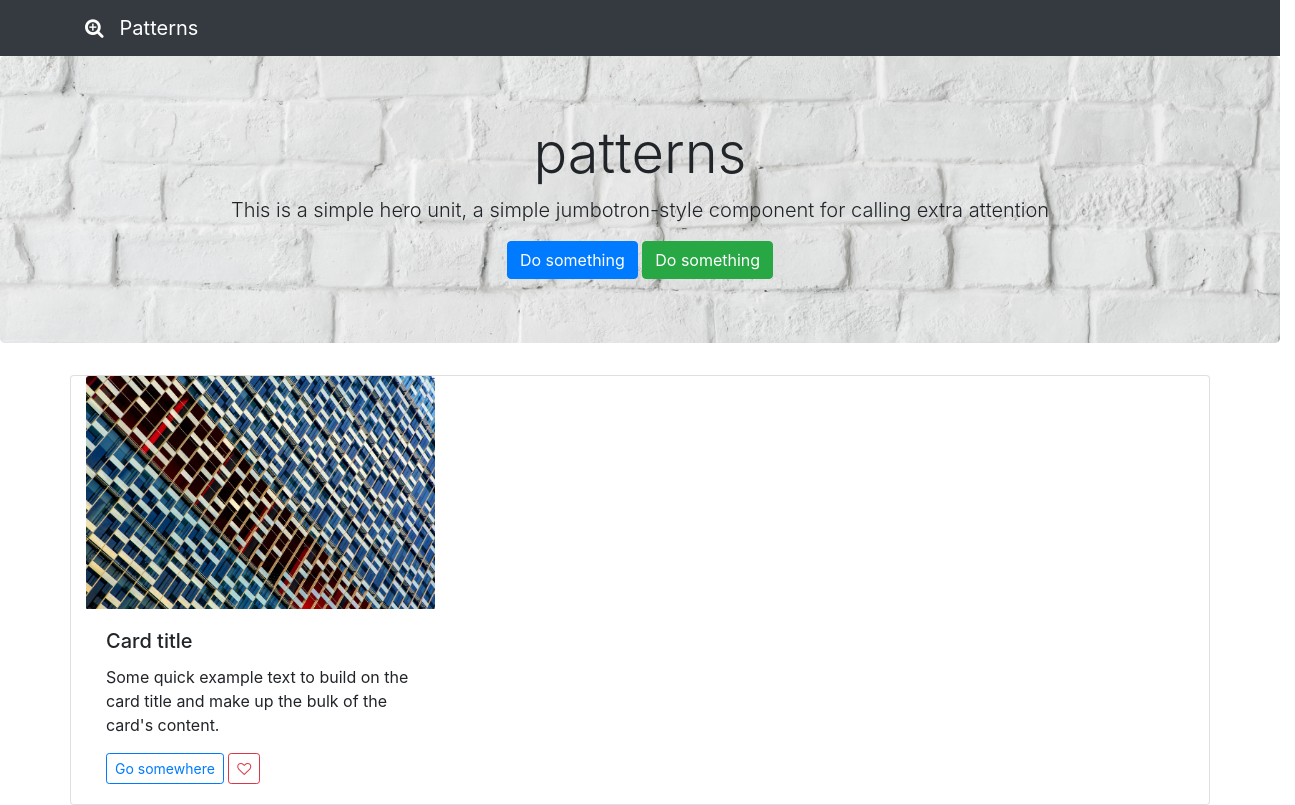
Repository: Mietlicha/patterns
Page: index.html
These files come from the project's save history. The page is drawn as it stood at one moment and after the next save; the edit follows.
The browser window is 1280 px wide. The page is 1280 px wide, then 1295 px, so the pictures cover 1295 px, including what lies to the right of the window. The pictures show the whole page.

Above is the page before, as saved 2019-10-24 11:46:41.

### index.html
<!DOCTYPE html>
<html lang="en">

<head>
    <meta charset="UTF-8">
    <meta name="viewport" content="width=device-width, initial-scale=1.0">
    <meta http-equiv="X-UA-Compatible" content="ie=edge">
    <title>Document</title>
    <link rel="stylesheet" href="style.css">
    <link rel="stylesheet" href="https://stackpath.bootstrapcdn.com/bootstrap/4.3.1/css/bootstrap.min.css"
        integrity="sha384-ggOyR0iXCbMQv3Xipma34MD+dH/1fQ784/j6cY/iJTQUOhcWr7x9JvoRxT2MZw1T" crossorigin="anonymous">
    <link rel="stylesheet" href="https://cdnjs.cloudflare.com/ajax/libs/font-awesome/4.7.0/css/font-awesome.min.css">

</head>

<body>
    <nav class="navbar navbar-dark bg-dark">
        <div class="container"><a class="navbar-brand" href="#"><i class="fa fa-search-plus mr-3"
                    aria-hidden="true"></i>Patterns</a></div>
    </nav>
    <article>
        <section id="header" class="jumbotron">
            <div class="container text-center">
                <h1 class="display-4">patterns</h1>
                <p class="lead">This is a simple hero unit, a simple jumbotron-style component for calling extra
                    attention</p>
                <a href="#" class="btn btn-primary">Do something</a>
                <a href="#" class="btn btn-success">Do something</a>
            </div>
        </section>

        <section class="card container"">
            <div class="row">
                    <div class="col-md-4">
            <img src=" imgs/pattern1.jpeg" class="card-img-top" alt="pattern one">
            <div class="card-body">
                <h5 class="card-title">Card title</h5>
                <p class="card-text">Some quick example text to build on the card title and make up the bulk of the
                    card's content.</p>
                <a href="#" class="btn btn-outline-primary btn-sm">Go somewhere</a>
                <a href="#" class="btn btn-outline-danger btn-sm"><i class="fa fa-heart-o" aria-hidden="true"></i></a>
            </div>
            </div>
            </div>
    </article>


    <script src="https://code.jquery.com/jquery-3.3.1.slim.min.js"
        integrity="sha384-q8i/X+965DzO0rT7abK41JStQIAqVgRVzpbzo5smXKp4YfRvH+8abtTE1Pi6jizo"
        crossorigin="anonymous"></script>
    <script src="https://cdnjs.cloudflare.com/ajax/libs/popper.js/1.14.7/umd/popper.min.js"
        integrity="sha384-UO2eT0CpHqdSJQ6hJty5KVphtPhzWj9WO1clHTMGa3JDZwrnQq4sF86dIHNDz0W1"
        crossorigin="anonymous"></script>
    <script src="https://stackpath.bootstrapcdn.com/bootstrap/4.3.1/js/bootstrap.min.js"
        integrity="sha384-JjSmVgyd0p3pXB1rRibZUAYoIIy6OrQ6VrjIEaFf/nJGzIxFDsf4x0xIM+B07jRM"
        crossorigin="anonymous"></script>
</body>

</html>

### style.css
#header{
    background: url(imgs/header.jpeg) center / cover no-repeat;
}

After the next save:
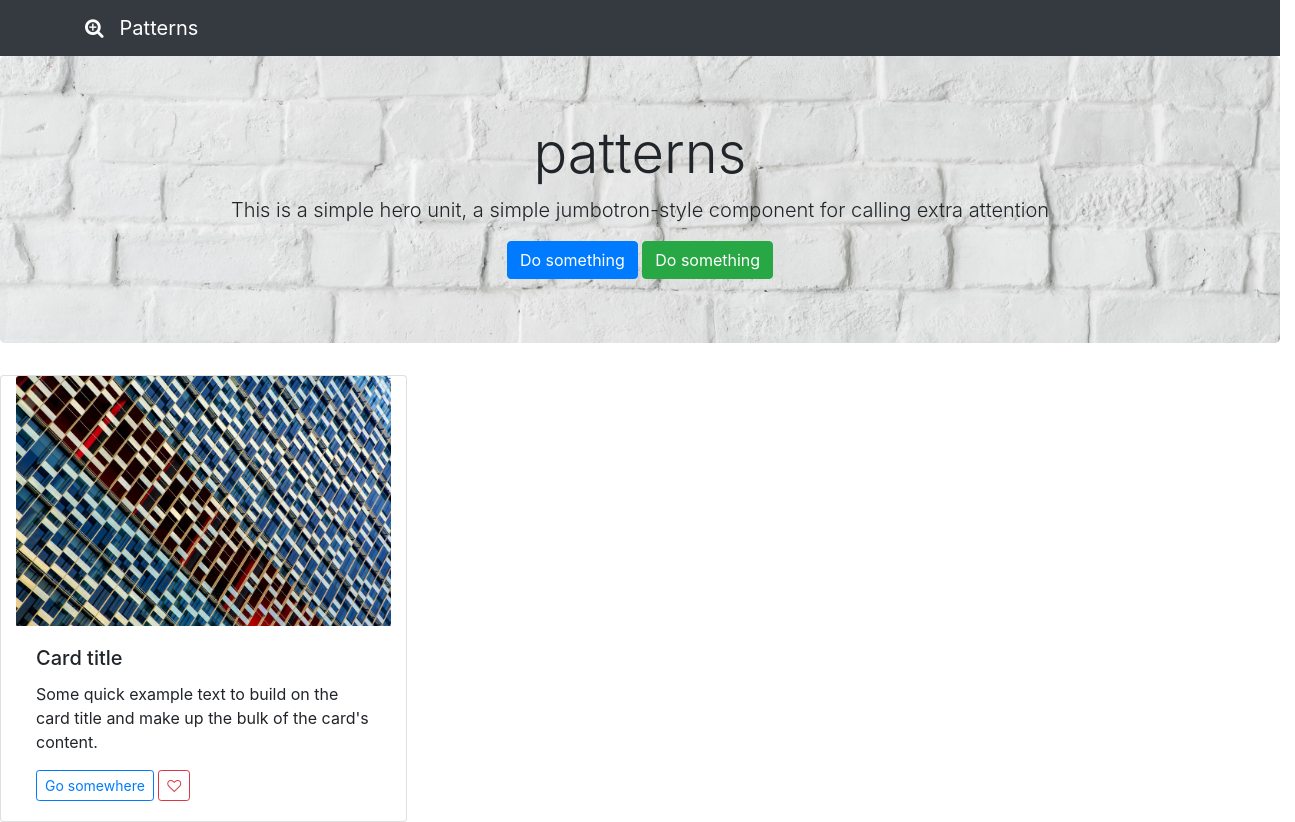
Saved 109 s later.
--- a/index.html
+++ b/index.html
@@ -29,9 +29,11 @@
             </div>
         </section>
 
-        <section class="card container"">
-            <div class="row">
-                    <div class="col-md-4">
+        <section id="gallwey">
+                <div class="row">
+                        <div class="col-md-4">
+                <section class="card container">
+
             <img src=" imgs/pattern1.jpeg" class="card-img-top" alt="pattern one">
             <div class="card-body">
                 <h5 class="card-title">Card title</h5>
